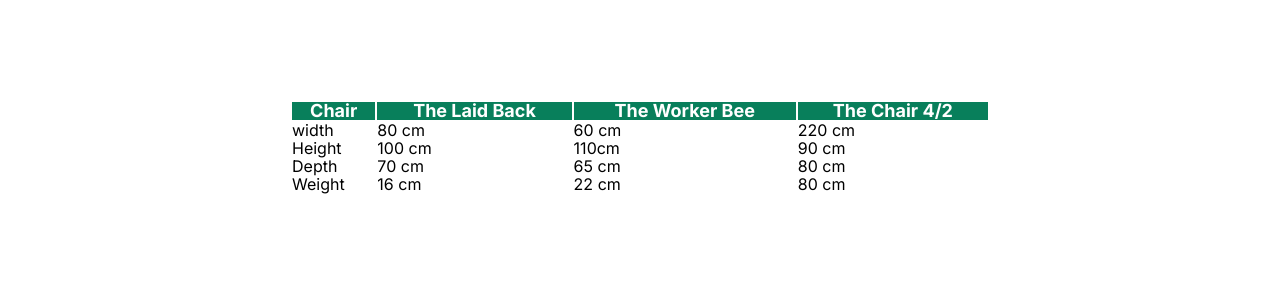
Repository: Ahmed123rezk123/06-Components
Page: table.html
An editor plug-in stored every save of this project. The page is shown before and after the next save, followed by the edit.
The browser window is 1280 px wide. The pictures show the whole page.

Above is the page before, as saved 2024-09-16 09:29:05.

### table.html
<!DOCTYPE html>
<html lang="en">
  <head>
    <meta charset="UTF-8" />
    <meta name="viewport" content="width=device-width, initial-scale=1.0" />
    <link rel="preconnect" href="https://fonts.gstatic.com" />
    <link
      href="https://fonts.googleapis.com/css2?family=Inter:wght@400;500;700&display=swap"
      rel="stylesheet"
    />
    <style>
      * {
        margin: 0;
        padding: 0;
        box-sizing: border-box;
      }

      body {
        font-family: "Inter", sans-serif;
        /* color: #343a40;
        background-color: #f8f9fa; */
        line-height: 1;
      }
      table {
        margin: 100px auto;
        width: 700px;
      }
      thead {
        background-color: #087f5b;
        color: #fff;
        font-size: 18px;
        font-weight: 500;
      }
      thead tr {
        padding: 20px;
      }
    </style>
    <title>Table</title>
  </head>
  <body>
    <table>
      <thead>
        <th>Chair</th>
        <th>The Laid Back</th>
        <th>The Worker Bee</th>
        <th>The Chair 4/2</th>
      </thead>
      <tbody>
        <tr>
          <td>width</td>
          <td>80 cm</td>
          <td>60 cm</td>
          <td>220 cm</td>
        </tr>
        <tr>
          <td>Height</td>
          <td>100 cm</td>
          <td>110cm</td>
          <td>90 cm</td>
        </tr>
        <tr>
          <td>Depth</td>
          <td>70 cm</td>
          <td>65 cm</td>
          <td>80 cm</td>
        </tr>

        <tr>
          <td>Weight</td>
          <td>16 cm</td>
          <td>22 cm</td>
          <td>80 cm</td>
        </tr>
      </tbody>
    </table>
  </body>
</html>

After the next save:
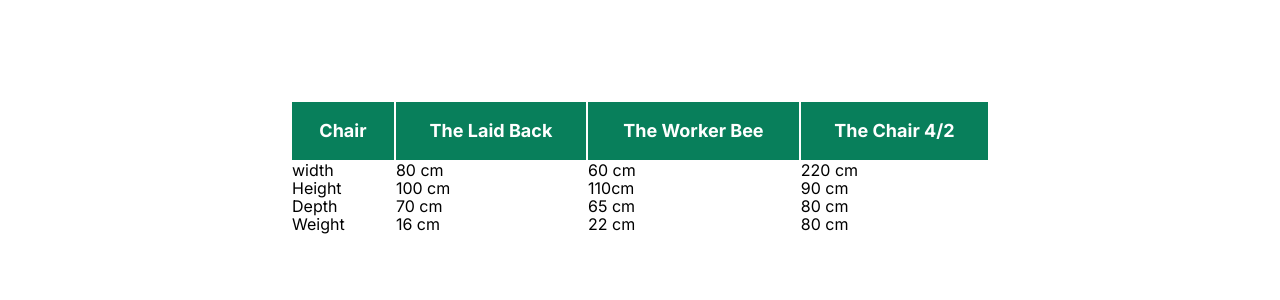
Saved 9 s later.
--- a/table.html
+++ b/table.html
@@ -31,7 +31,7 @@
         font-size: 18px;
         font-weight: 500;
       }
-      thead tr {
+      thead th {
         padding: 20px;
       }
     </style>
